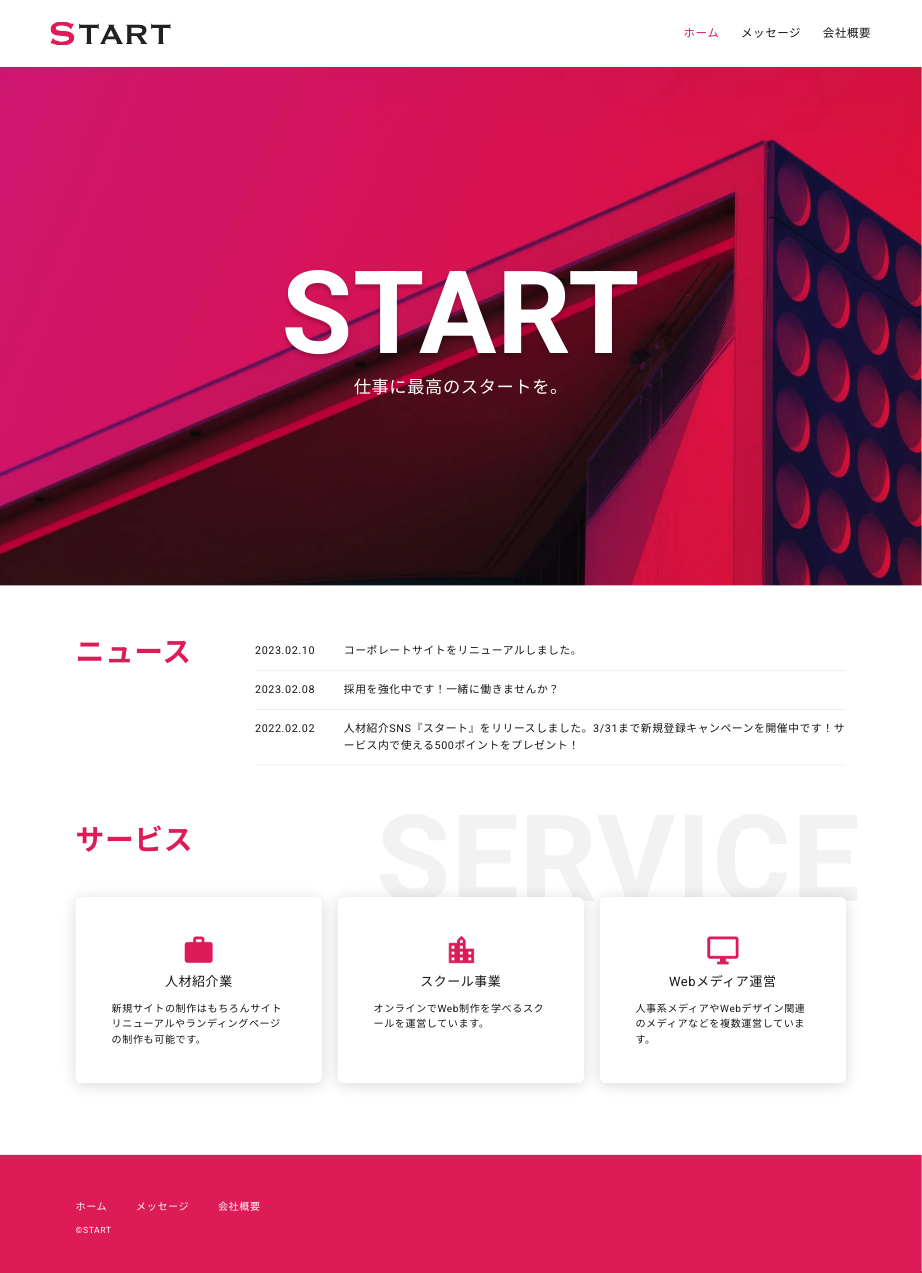
Repository: tetishi/tetishi.github.io
Page: index.html
These files come from the project's save history. The page is drawn as it stood at one moment and after a run of saves; the edit follows.
The browser window is 1280 px wide. The pictures show the whole page, at 72% of full size.

Above is the page before, as saved 2023-07-15 16:40:00.

After the next 2 saves:
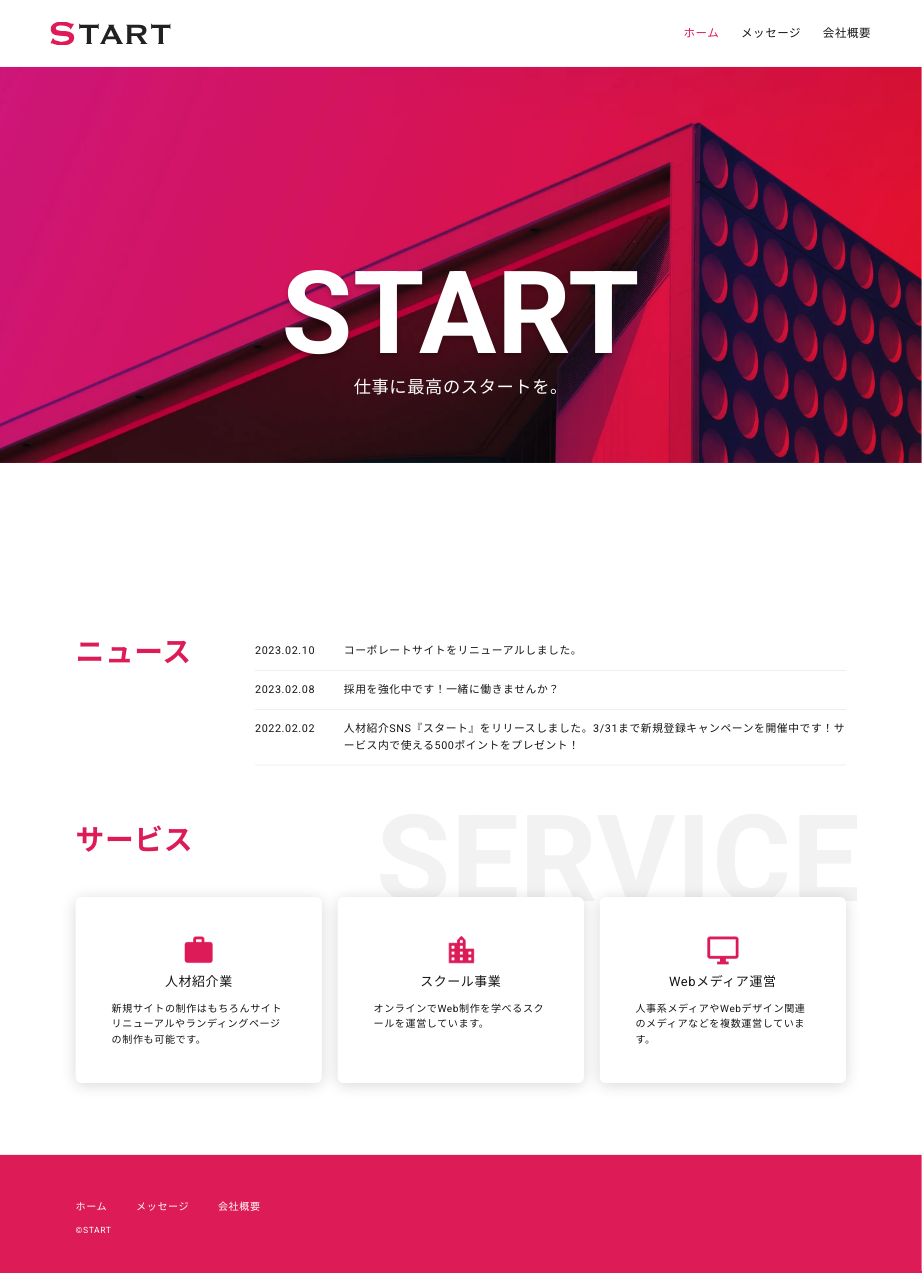
The 2 saves are shown as one change because they came seconds apart.
The last was saved 8 min 47 s later.
--- a/css/style.css
+++ b/css/style.css
@@ -72,7 +72,7 @@ a {
     position: relative;
 }
 .fv img {
-    height: 100vh;
+    height: calc();
     min-height: 550px;
     object-fit: cover;
 }
